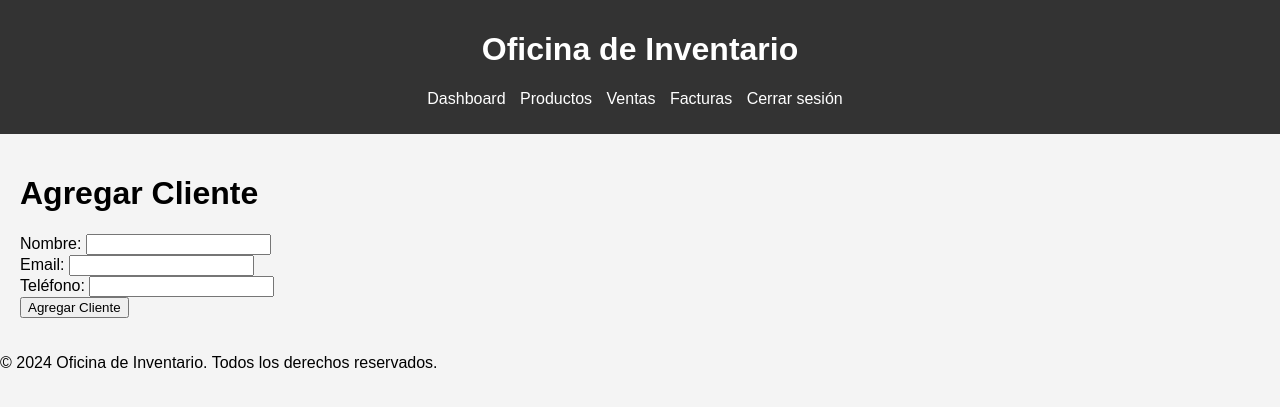
Repository: Connie75/Inventario
Page: http://localhost/views/add_client.php
These files come from the project's save history. The page is drawn as it stood at one moment and after the next save; the edit follows.
The browser window is 1280 px wide. The pictures show the whole page.
The page is run by PHP 8.4 with error messages shown; the project is at /var/www/html/.

Above is the page before, as saved 2024-07-31 20:38:46.

After the next save:
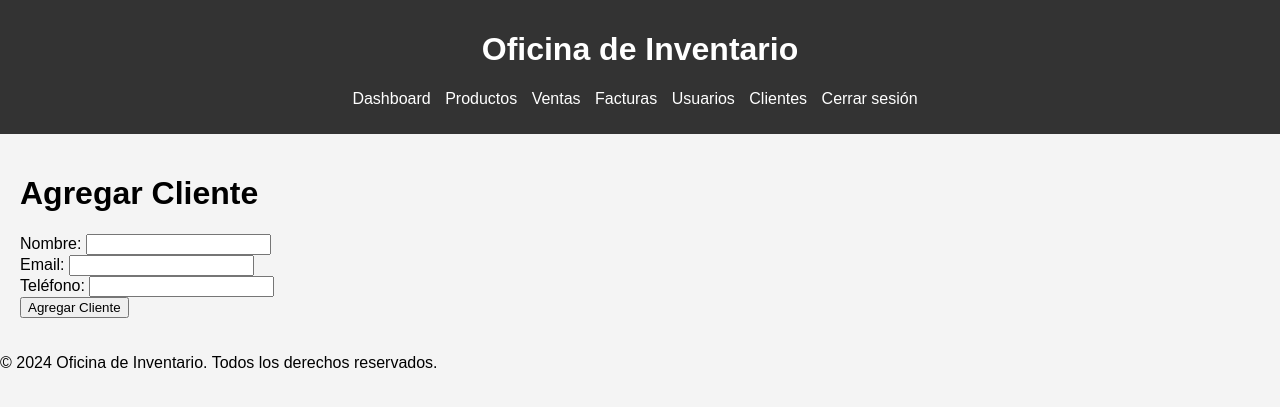
Saved 46 s later.
--- a/includes/header.php
+++ b/includes/header.php
@@ -12,17 +12,16 @@
     <header>
         <h1>Oficina de Inventario</h1>
         <nav>
-            <ul>
-                <li><a href="../views/dashboard.php">Dashboard</a></li>
-                <li><a href="../views/products.php">Productos</a></li>
-                <li><a href="../views/sales.php">Ventas</a></li>
-                <li><a href="../views/invoices.php">Facturas</a></li>
-                <?php if (isset($_SESSION['rol']) && $_SESSION['rol'] == 'admin'): ?>
-                    <li><a href="../views/users.php">Usuarios</a></li>
-                <?php endif; ?>
-                <li><a href="../actions/logout.php">Cerrar sesión</a></li>
-            </ul>
-        </nav>
+    <ul>
+        <li><a href="dashboard.php">Dashboard</a></li>
+        <li><a href="products.php">Productos</a></li>
+        <li><a href="sales.php">Ventas</a></li>
+        <li><a href="invoices.php">Facturas</a></li>
+        <li><a href="users.php">Usuarios</a></li>
+        <li><a href="clients.php">Clientes</a></li> <!-- Nuevo enlace a clientes -->
+        <li><a href="logout.php">Cerrar sesión</a></li>
+    </ul>
+</nav>
     </header>
     <main>
     <?php if (isset($_SESSION['message'])): ?>
